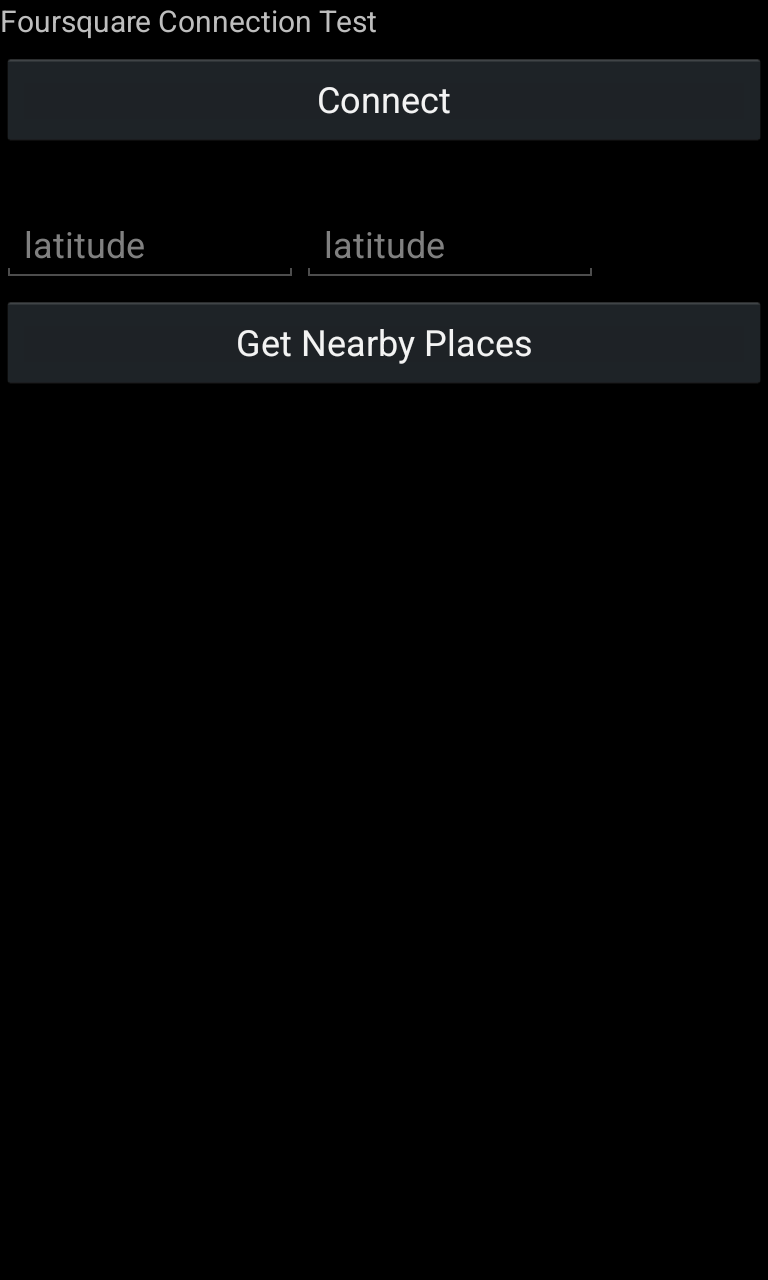
Repository: AvinashChowdary/Animation
Layout: CircleProgressBarTimer/UsingCircleTimer/res/layout/four_square.xml
The author's editor kept a copy of each file at every save. The layout is drawn from the files as they stood at one save, then again after the next save.
It is drawn on a 768 x 1280 px phone screen (xhdpi) without system bars, with theme android:Theme.Holo; the app's code is not run. Lists and similar views that code fills are empty.

Above is the layout before, as saved 2015-02-05 13:09:16.

After the next save:
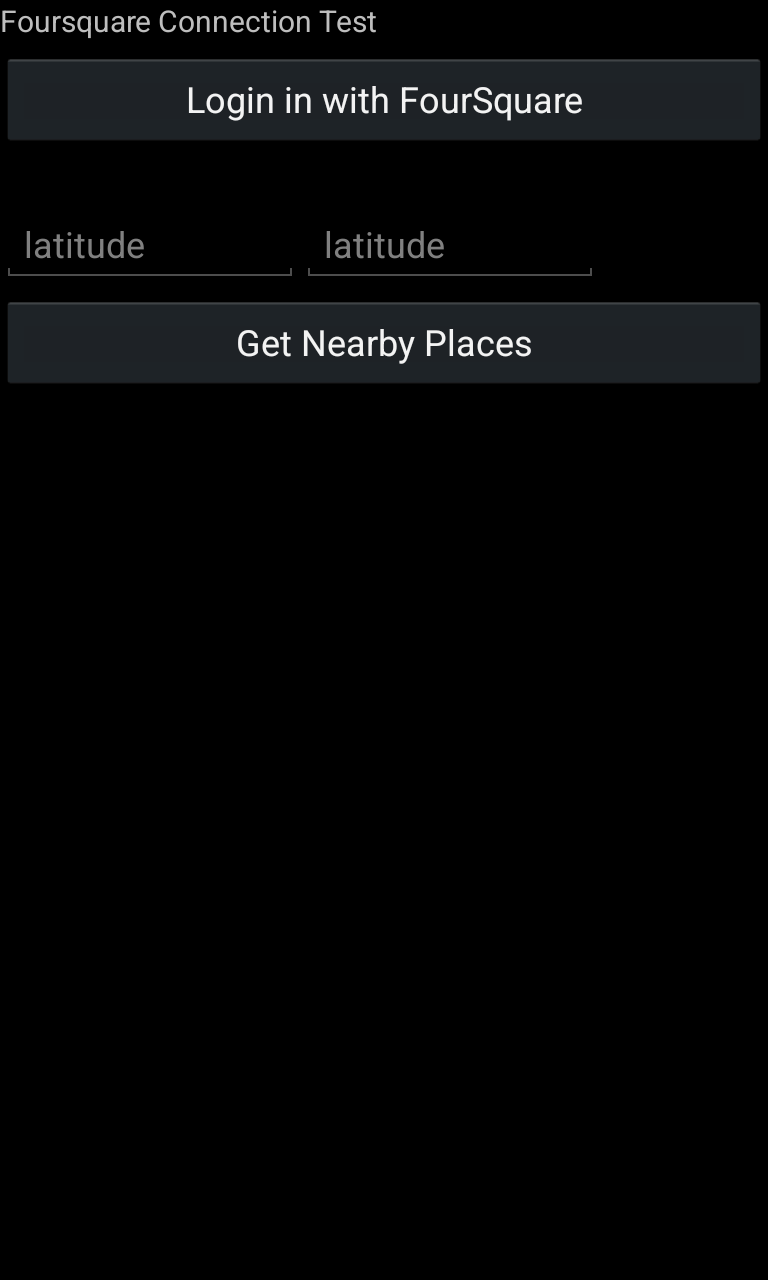
Saved 9 min 15 s later.
--- a/CircleProgressBarTimer/UsingCircleTimer/res/layout/four_square.xml
+++ b/CircleProgressBarTimer/UsingCircleTimer/res/layout/four_square.xml
@@ -16,7 +16,7 @@
         android:layout_height="wrap_content"
         android:layout_below="@id/tv_title"
         android:layout_marginTop="5dp"
-        android:text="Connect" />
+        android:text="Login in with FourSquare" />
 
     <TextView
         android:id="@+id/tv_name"
